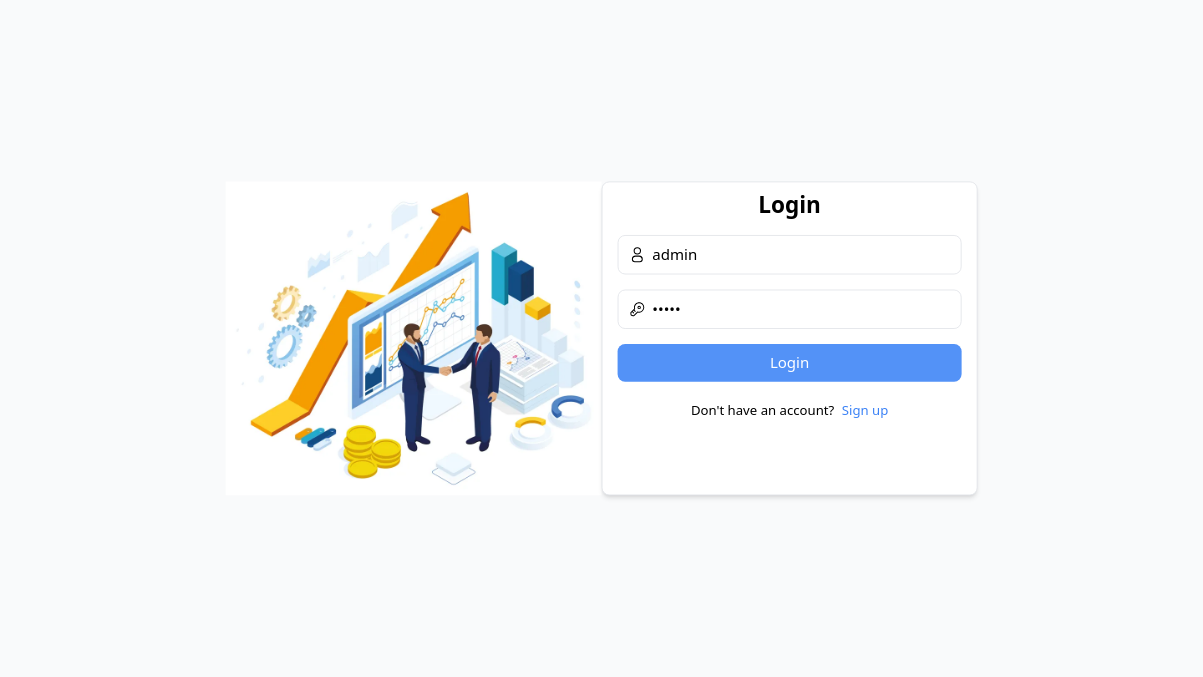
Repository: Fortivera/yourestate
Page: /
The author's editor kept a copy of each file at every save. The page is drawn from the files as they stood at one save, then again after a run of saves.
The browser window is 1280 px wide. The pictures show the whole page, at 94% of full size.
The project was rebuilt for these pictures with package versions that can differ from the ones it lists, and the page was loaded fresh each time. The framework's server and built-in components were replaced by stand-ins that run in the browser. Also part of the build but not shown: next.config.js.

Above is the page before, as saved 2023-11-02 11:10:21.

### src/app/layout.tsx
import './globals.css'



export const metadata = {
  title: 'Home',
  description: "great explanation of something",
}

export default function RootLayout({ children }: { children: React.ReactNode }) {
  return (
    <html lang="en">
      <body>
        {children}
      </body>
    </html>
  );
}

### src/app/page.tsx
import Link from "next/link"
import Image from "next/image"
import SvgNewUser from "public/static/SvgNewUser"
import SvgPassword from "public/static/SvgPassword"

export default function Login() {
  return (
    <div className="min-h-screen bg-gray-50 flex items-center justify-center">
      <div className="flex justify-center w-full px-4 py-10 tablet:w-[540px] laptop:w-[1000px]">
        <div className="flex laptop:flex-row tablet:flex-col mobile:flex-col">
          <figure className="max-w-[400px]  ">
            <Image src="/static/growth.jpg" alt="login page picture" layout="responsive" width={400} height={800} />
          </figure>
          <div className="w-[400px] px-4 pb-8 pt-2 bg-white border rounded-lg shadow-md">
            <h1 className="text-2xl font-semibold text-center mb-4">Login</h1>

            <div className="mb-4 relative">
              <label className="text-sm" htmlFor="Name">
                <SvgNewUser width={18} height={18} className={"absolute left-3 top-3"} />
              </label>
              <input defaultValue="admin" id="Name" type="text" name="Name" placeholder="Username" autoComplete="given-name" required className="block w-full border rounded-lg py-2 pl-9 mt-1 focus:ring focus:ring-blue-300" />
            </div>

            <div className="mb-4 relative">
              <label className="text-sm" htmlFor="Password">
                <SvgPassword width={18} height={18} className={"absolute left-3 top-3"} />
              </label>
              <input defaultValue="admin" id="Password" type="password" name="Password" placeholder="Password" required className="block w-full border rounded-lg py-2 pl-9 mt-1 focus:ring focus:ring-blue-300" />
            </div>

            <button type="button" aria-label="Sign-in button" className="bg-[#5392f7] text-white rounded-lg w-full py-2 mb-4 hover:bg-[#3b83f6]">
              <Link href="/dashboard">Login</Link>
            </button>
            <div className="flex text-sm justify-center">
              <div className="p-1">Don't have an account?</div>
              <Link href="/user" className="text-blue-500 hover:underline p-1">
                Sign up
              </Link>
            </div>
          </div>
        </div>
      </div>
    </div>
  )
}

### src/app/globals.css

@import url('https://fonts.googleapis.com/css2?family=Lora:ital,wght@0,400;0,500;0,600;1,400;1,500;1,600&family=Montserrat:ital,wght@0,300;0,400;0,500;0,600;1,300;1,400;1,500;1,600&family=Poppins:ital,wght@0,300;0,400;0,500;0,600;0,700;0,800;0,900;1,300;1,400;1,500;1,600;1,700;1,800;1,900&family=Noto+Sans:ital,wght@0,300;0,400;0,500;0,600;0,700;0,800;0,900;1,300;1,400;1,500;1,600;1,700;1,800;1,900&display=swap');

@tailwind base;
@tailwind components;
@tailwind utilities;

.navbarDark{
  background-color:rgb(45 48 56 );
  color: #ddd;
}
.navbarLight {
  background-color: rgb(59 130 246 / 0.5);
  color: black;
}
.propertyListLight {
  background-color: rgb(249 250 251);
  color: black;
  border-color: rgb(229 231 235);
  }
.propertyListDark {
  background-color:rgb(45 48 56 / 0.95);
  color: #ddd;

}
.searchbarLight {
  background-color: rgb(248 250 252);
  color: black;

}
.searchbarDark {
  background-color:rgb(100 116 139 / 0.6);
  color: #ddd;
}
.propertyLight {
  background-color: rgb(249 250 251);
  color: black;

}
.propertyDark {
  background-color:rgb(45 48 56 / 0.95);
  color: #ddd;
}

### public/static/SvgNewUser.tsx
import * as React from "react"
import { SVGProps } from "react"
const SvgNewUser = (props: SVGProps<SVGSVGElement>) => (
  <svg
    xmlns="http://www.w3.org/2000/svg"
    width={800}
    height={800}
    fill="none"
    viewBox="0 0 24 24"
    {...props}
  >
    <g fill="#000" fillRule="evenodd" clipRule="evenodd">
      <path d="M12 2.75a3.75 3.75 0 1 0 0 7.5 3.75 3.75 0 0 0 0-7.5ZM6.75 6.5a5.25 5.25 0 1 1 10.5 0 5.25 5.25 0 0 1-10.5 0ZM4.25 18.571a5.321 5.321 0 0 1 5.321-5.321h4.858a5.321 5.321 0 0 1 5.321 5.321 4.179 4.179 0 0 1-4.179 4.179H8.43a4.179 4.179 0 0 1-4.179-4.179Zm5.321-3.821a3.821 3.821 0 0 0-3.821 3.821c0 1.48 1.2 2.679 2.679 2.679h7.142c1.48 0 2.679-1.2 2.679-2.679 0-2.11-1.71-3.821-3.821-3.821H9.57Z" />
    </g>
  </svg>
)
export default SvgNewUser

### public/static/SvgPassword.tsx
import * as React from "react"
import { SVGProps } from "react"
const SvgPassword = (props: SVGProps<SVGSVGElement>) => (
    <svg
        xmlns="http://www.w3.org/2000/svg"
        width={800}
        height={800}
        fill="none"
        viewBox="0 0 24 24"
        {...props}
    >
        <g fill="#000" fillRule="evenodd" clipRule="evenodd">
            <path d="M4.51 14.999a.689.689 0 0 1 .975 0l1.75 1.749a.689.689 0 0 1-.975.974l-1.75-1.75a.689.689 0 0 1 0-.973ZM6.698 12.812a.689.689 0 0 1 .974 0l1.749 1.75a.689.689 0 0 1-.974.974l-1.75-1.75a.689.689 0 0 1 0-.974Z" />
            <path d="M18.752 5.232c-2.32-2.313-6.075-2.312-8.386 0h-.001c-1.612 1.604-2.1 3.915-1.472 5.958.075.243.009.509-.172.69L3.74 16.86a.975.975 0 0 0-.184.341.912.912 0 0 0-.055.38l.001.006.262 1.901a.912.912 0 0 0 .262.474.857.857 0 0 0 .462.256l1.913.263c.08.012.223.003.385-.05a.838.838 0 0 0 .324-.177l.008-.007 4.995-4.986a.688.688 0 0 1 .692-.17c2.028.634 4.34.14 5.956-1.466a5.94 5.94 0 0 0-.009-8.393Zm-9.36-.975c2.85-2.85 7.475-2.848 10.332 0 2.86 2.849 2.86 7.493.01 10.342l-.001.002A7.316 7.316 0 0 1 12.8 16.52l-4.707 4.698a2.19 2.19 0 0 1-.883.523c-.309.1-.668.152-1.006.104h-.003L4.3 21.582c-.491-.069-.928-.326-1.25-.65a2.279 2.279 0 0 1-.649-1.24l-.001-.01-.262-1.902v-.003a2.26 2.26 0 0 1 .111-1.012c.102-.305.27-.625.505-.868l.007-.007 4.703-4.702c-.591-2.404.043-5.056 1.928-6.932Z" />
            <path d="M14.62 8.302a1.06 1.06 0 1 0 0 2.121 1.06 1.06 0 0 0 0-2.121Zm-2.438 1.06a2.438 2.438 0 1 1 4.876 0 2.438 2.438 0 0 1-4.877 0Z" />
        </g>
    </svg>
)
export default SvgPassword

### tailwind.config.js
/* eslint-disable prettier/prettier */
/** @type {import('tailwindcss').Config} */
module.exports = {
  content: [
    "./app/**/*.{js,ts,jsx,tsx}",
    "./pages/**/*.{js,ts,jsx,tsx}",
    "./components/**/*.{js,ts,jsx,tsx}",

    // Or if using `src` directory:
    "./src/**/*.{js,ts,jsx,tsx}",
  ],
  theme: {
    extend: {
      fontFamily: {
        Poppins: ["Poppins", "sans-serif"],
        Montserrat: ["Montserrat", "sans-serif"],
        Lora: ["Lora", "sans-serif"],
        Noto: ["Noto Sans", "sans-serif"],
      },
      screens: {
        'mobile': "320px",
        'tablet': "481px",
        'laptop': "769px",
       ' desktop': "1025px",
      },


    },
    plugins: [],
  },
}

After the next 2 saves:
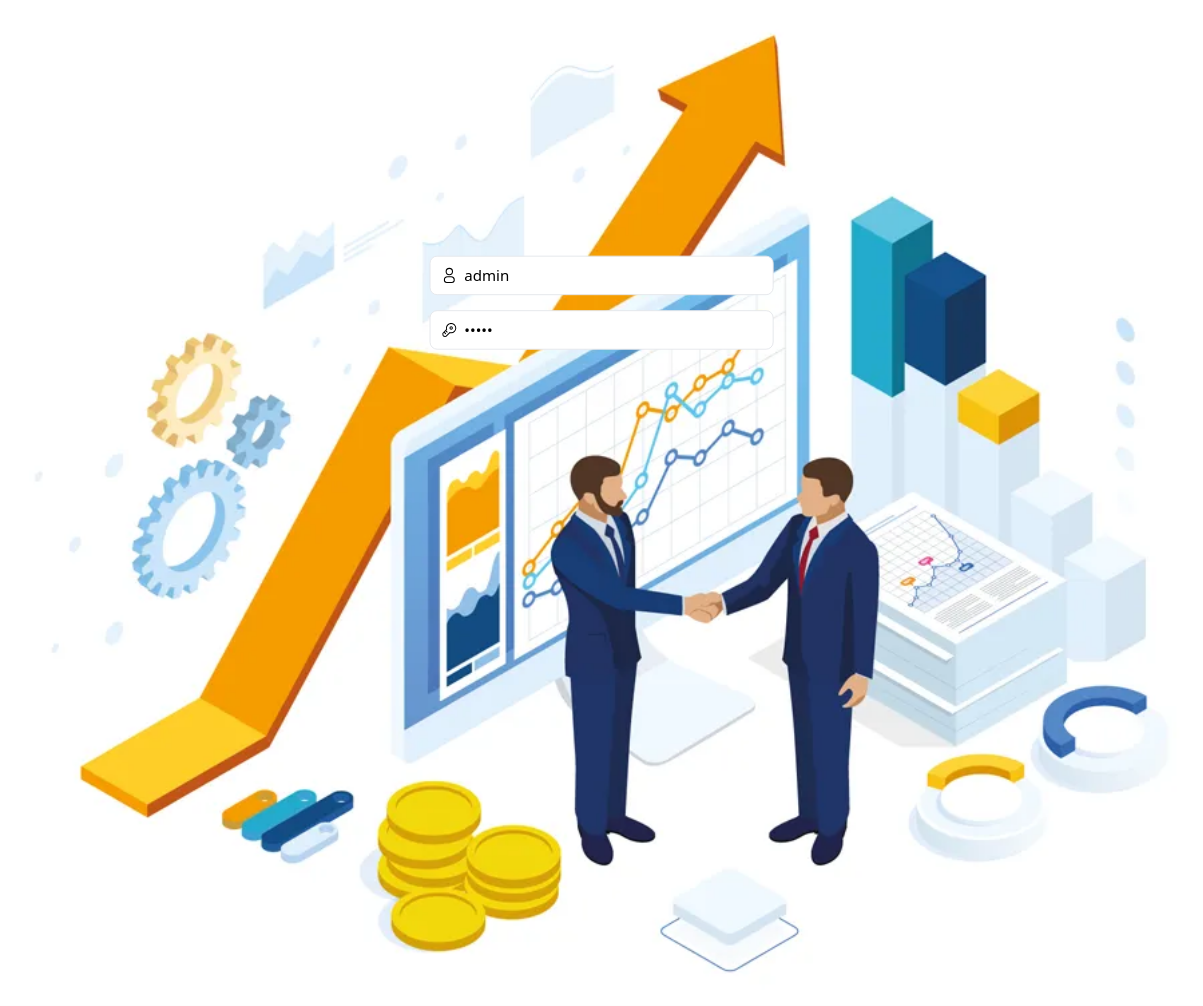
The 2 saves are shown as one change because 1 did not build or start.
The last was saved 111 s later.
--- a/src/app/page.tsx
+++ b/src/app/page.tsx
@@ -9,7 +9,7 @@ export default function Login() {
       <div className="flex justify-center w-full px-4 py-10 tablet:w-[540px] laptop:w-[1000px]">
         <div className="flex laptop:flex-row tablet:flex-col mobile:flex-col">
           <figure className="max-w-[400px]  ">
-            <Image src="/static/growth.jpg" alt="login page picture" layout="responsive" width={400} height={800} />
+            <Image src="/static/growth.jpg" alt="login page picture" layout="responsive" fill={true} />
           </figure>
           <div className="w-[400px] px-4 pb-8 pt-2 bg-white border rounded-lg shadow-md">
             <h1 className="text-2xl font-semibold text-center mb-4">Login</h1>
